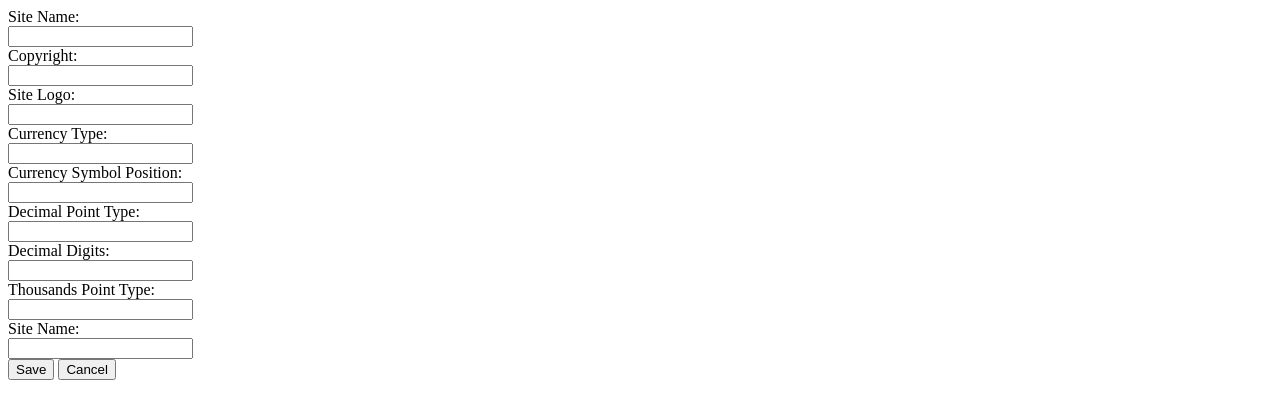
Repository: vawnvuxdev/ShopProject
Page: http://localhost/settings/general
The author's editor kept a copy of each file at every save. The page is drawn from the files as they stood at one save, then again after the next save.
The browser window is 1280 px wide. The pictures show the whole page.
The page is this project's Thymeleaf template; nobody is signed in. The template is opened directly, without the code that normally fills it, so the values that code supplies are empty.

Above is the page before, as saved 2021-05-21 14:34:40.

### ShopWebParent/WebBackend/src/main/resources/templates/settings/general.html
<!DOCTYPE html>
<html xmlns:th="http://www.thymeleaf.org">
<body>
<div th:fragment="content" th:remove="tag">
	<form th:action="@{/settings/save_general}" method="post">
		<div class="form-group row">
			<label for="" class="col-sm-2 col-form-label">Site Name: </label>
			<div class="col-sm-10">
				<input type="text" class="form-control" name="SITE_NAME" th:value="${SITE_NAME}" required />
			</div>
		</div>
		<div class="form-group row">
			<label for="" class="col-sm-2 col-form-label">Copyright: </label>
			<div class="col-sm-10">
				<input type="text" class="form-control" name="COPYRIGHT" th:value="${COPYRIGHT}" required />
			</div>
		</div>
		<div class="form-group row">
			<label for="" class="col-sm-2 col-form-label">Site Logo: </label>
			<div class="col-sm-10">
				<input type="text" class="form-control" name="SITE_LOGO" th:value="${SITE_LOGO}" required />
			</div>
		</div>
		<div class="form-group row">
			<label for="" class="col-sm-2 col-form-label">Currency Type: </label>
			<div class="col-sm-10">
				<input type="text" class="form-control" name="SITE_NAME" th:value="${SITE_NAME}" required />
			</div>
		</div>
		<div class="form-group row">
			<label for="" class="col-sm-2 col-form-label">Currency Symbol Position: </label>
			<div class="col-sm-10">
				<input type="text" class="form-control" name="SITE_NAME" th:value="${SITE_NAME}" required />
			</div>
		</div>
		<div class="form-group row">
			<label for="" class="col-sm-2 col-form-label">Decimal Point Type: </label>
			<div class="col-sm-10">
				<input type="text" class="form-control" name="SITE_NAME" th:value="${SITE_NAME}" required />
			</div>
		</div>
		<div class="form-group row">
			<label for="" class="col-sm-2 col-form-label">Decimal Digits: </label>
			<div class="col-sm-10">
				<input type="text" class="form-control" name="SITE_NAME" th:value="${SITE_NAME}" required />
			</div>
		</div>
		<div class="form-group row">
			<label for="" class="col-sm-2 col-form-label">Thousands Point Type: </label>
			<div class="col-sm-10">
				<input type="text" class="form-control" name="SITE_NAME" th:value="${SITE_NAME}" required />
			</div>
		</div>
		<div class="form-group row">
			<label for="" class="col-sm-2 col-form-label">Site Name: </label>
			<div class="col-sm-10">
				<input type="text" class="form-control" name="SITE_NAME" th:value="${SITE_NAME}" required />
			</div>
		</div>

		<div class="text-center">
			<input type="submit" value="Save" class="btn btn-primary m-3" />
			<input type="button" value="Cancel" class="btn btn-secondary" id="buttonCancel" />
		</div>
	</form>
</div>
</body>
</html>

After the next save:
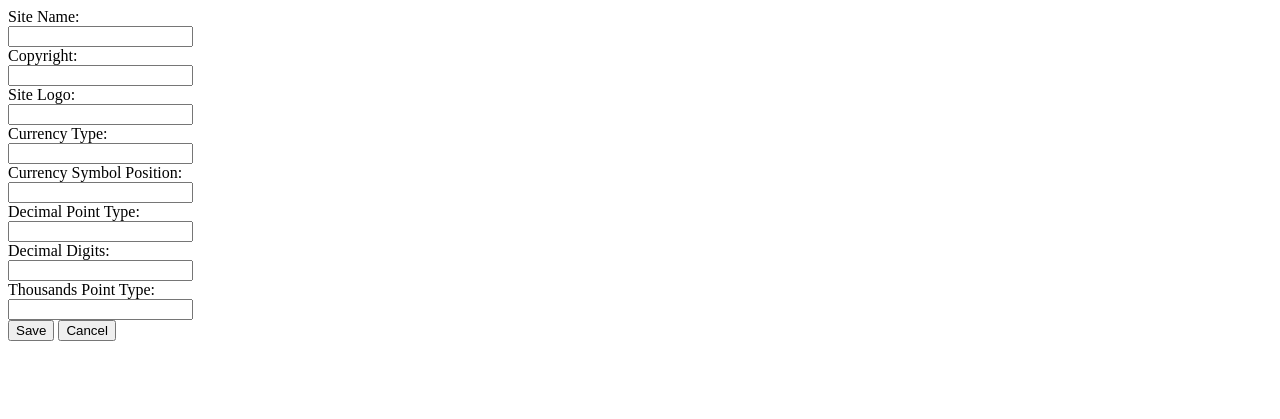
Saved 12 s later.
--- a/ShopWebParent/WebBackend/src/main/resources/templates/settings/general.html
+++ b/ShopWebParent/WebBackend/src/main/resources/templates/settings/general.html
@@ -51,12 +51,7 @@
 				<input type="text" class="form-control" name="SITE_NAME" th:value="${SITE_NAME}" required />
 			</div>
 		</div>
-		<div class="form-group row">
-			<label for="" class="col-sm-2 col-form-label">Site Name: </label>
-			<div class="col-sm-10">
-				<input type="text" class="form-control" name="SITE_NAME" th:value="${SITE_NAME}" required />
-			</div>
-		</div>
+
 
 		<div class="text-center">
 			<input type="submit" value="Save" class="btn btn-primary m-3" />
